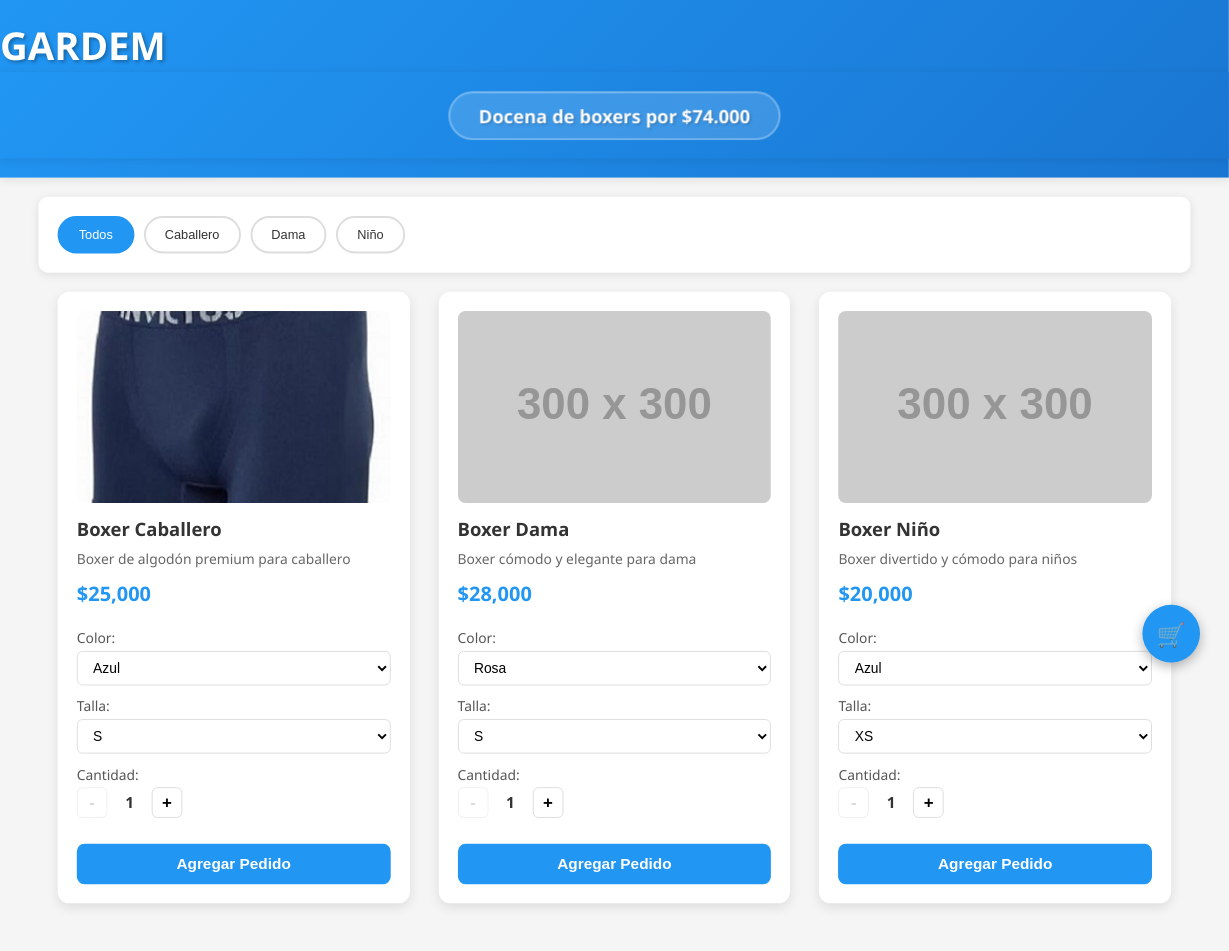
Repository: dasalgar123/gardem_react
Page: /
These files come from the project's save history. The page is drawn as it stood at one moment and after the next save; the edit follows.
The browser window is 1280 px wide. The pictures show the whole page, at 96% of full size.
The project was rebuilt for these pictures with package versions that can differ from the ones it lists, and the page was loaded fresh each time.

Above is the page before, as saved 2025-08-02 18:27:07.

After the next save:
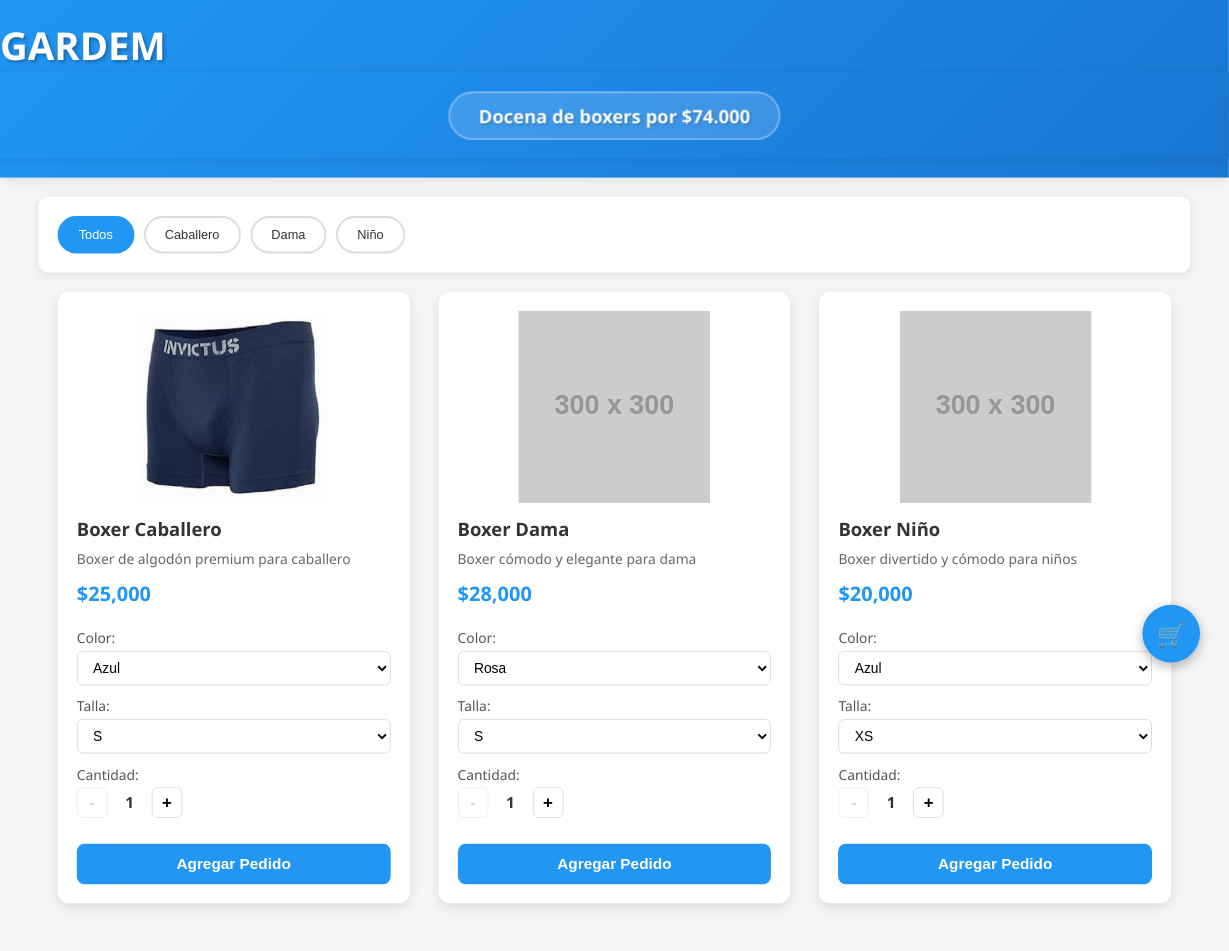
Saved 81 s later.
--- a/src/App.css
+++ b/src/App.css
@@ -203,13 +203,18 @@
   overflow: hidden;
   border-radius: 8px;
   margin-bottom: 15px;
+  display: flex;
+  align-items: center;
+  justify-content: center;
 }
 
 .producto-imagen img {
   width: 100%;
   height: 100%;
-  object-fit: cover;
+  object-fit: contain;
   transition: transform 0.3s;
+  max-width: 100%;
+  max-height: 100%;
 }
 
 .producto-imagen img:hover {
